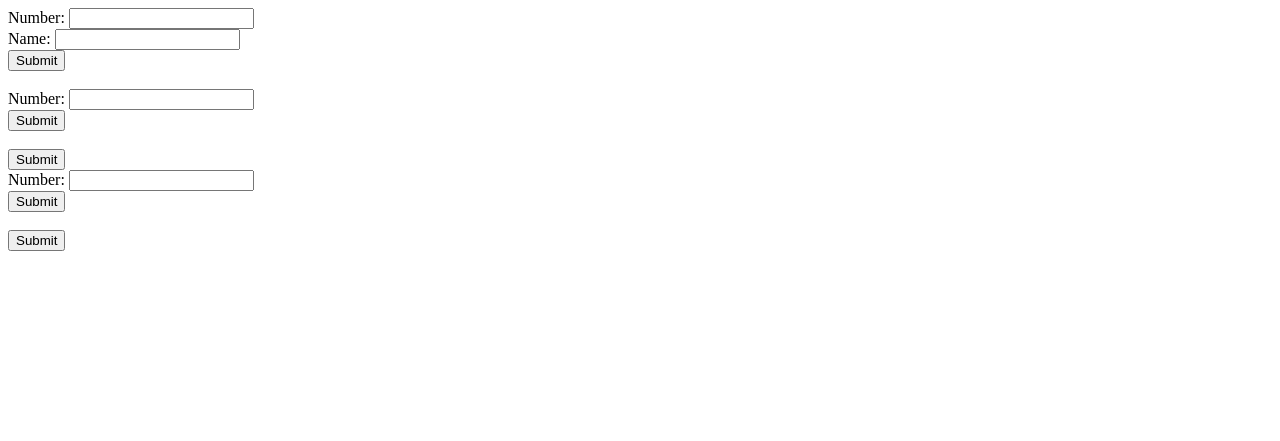
Repository: phileasFoggy22/PokeAPIAssessment
Page: http://localhost/pokeapi-pokemon/pages/Home.jsp
These files come from the project's save history. The page is drawn as it stood at one moment and after the next save; the edit follows.
The browser window is 1280 px wide. The pictures show the whole page.
The page is served by Tomcat 9. Other server files are loaded and not shown.

Above is the page before, as saved 2019-08-12 13:16:27.

### pokeapi-pokemon/src/main/webapp/pages/Home.jsp
<%@ page language="java" contentType="text/html; charset=ISO-8859-1"
    pageEncoding="ISO-8859-1"%>
<!DOCTYPE html>
<html>
<head>
<meta charset="ISO-8859-1">
<title>Insert title here</title>
</head>
<body>


<form action="addUser">
Number: <input type="text" name="memberNumber"><br>
Name: <input type="text" name="memberName"><br>
<input type="submit">
</form>
<br>
<form action="getUser">
Number: <input type="text" name="memberNumber"><br>
<input type="submit">
</form>
<br>
<form action="getUsers">
<input type="submit">
</form>
<form action="getUserJS">
Number: <input type="text" name="memberNumber"><br>
<input type="submit">
</form>
<br>
<form action="getUsersJS">
<input type="submit">
</form>
</body>
</html>

After the next save:
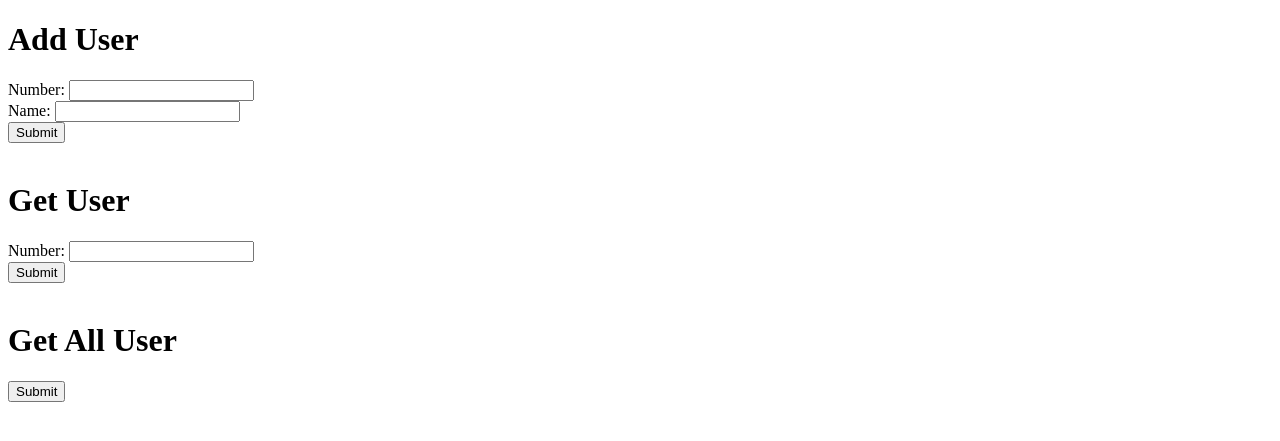
Saved 10 min 27 s later.
--- a/pokeapi-pokemon/src/main/webapp/pages/Home.jsp
+++ b/pokeapi-pokemon/src/main/webapp/pages/Home.jsp
@@ -8,28 +8,23 @@
 </head>
 <body>
 
-
+<h1>Add User</h1>
 <form action="addUser">
 Number: <input type="text" name="memberNumber"><br>
 Name: <input type="text" name="memberName"><br>
 <input type="submit">
 </form>
 <br>
+<h1>Get User</h1>
 <form action="getUser">
 Number: <input type="text" name="memberNumber"><br>
 <input type="submit">
 </form>
 <br>
+<h1>Get All User</h1>
 <form action="getUsers">
 <input type="submit">
 </form>
-<form action="getUserJS">
-Number: <input type="text" name="memberNumber"><br>
-<input type="submit">
-</form>
-<br>
-<form action="getUsersJS">
-<input type="submit">
-</form>
+
 </body>
 </html>
